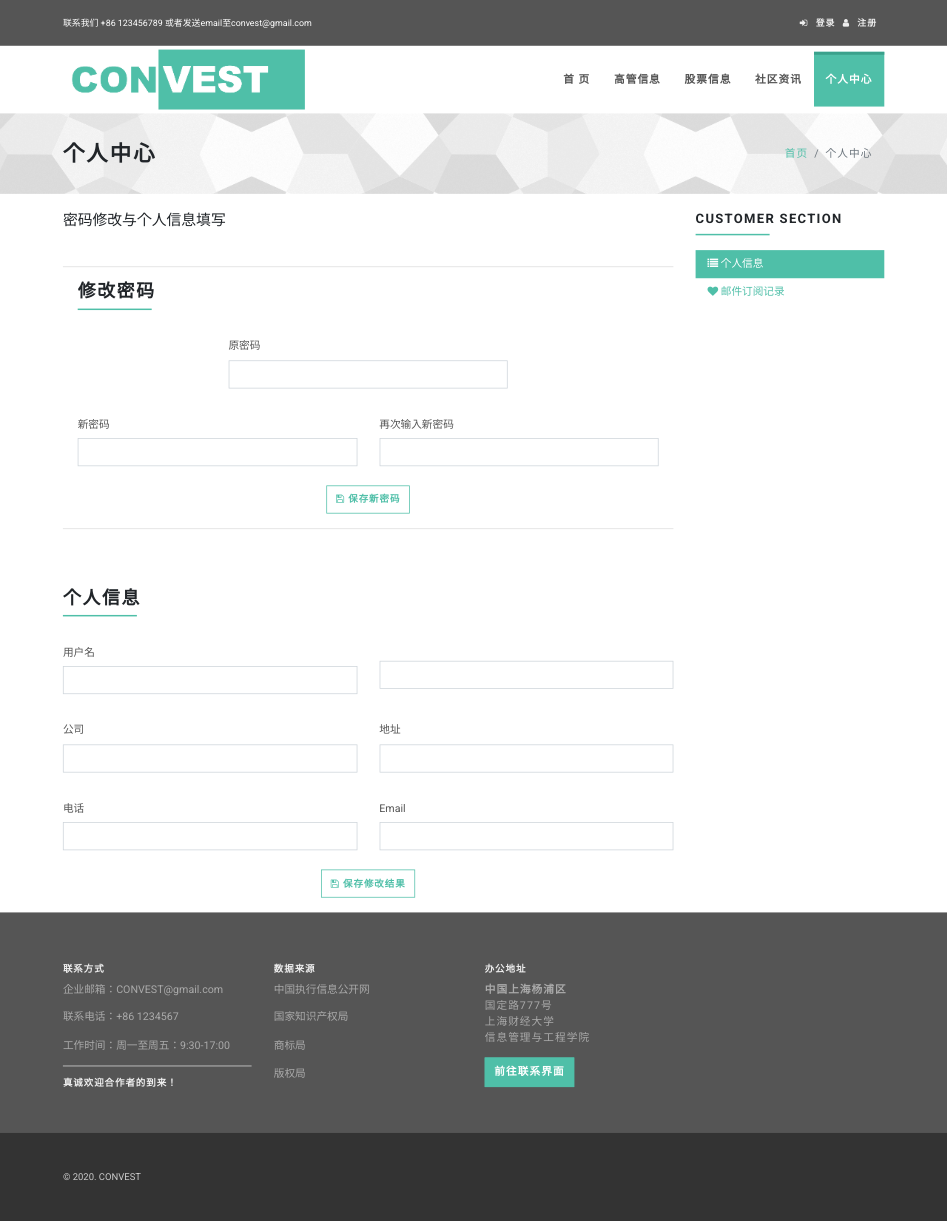
Repository: SUFELYZ/CONVEST
Page: http://localhost/CONVEST/个人中心.jsp
The author's editor kept a copy of each file at every save. The page is drawn from the files as they stood at one save, then again after the next save.
The browser window is 1280 px wide. The pictures show the whole page, at 74% of full size.
The page is served by Tomcat 9. Other server files are loaded and not shown.

Above is the page before, as saved 2021-01-02 06:22:42.

### CONVEST 1.0/CONVEST/WebContent/个人中心.jsp
<%@ page language="java" contentType="text/html; charset=UTF-8" pageEncoding="UTF-8"%>
<!DOCTYPE html>
<html>
  <head>
    <meta charset="utf-8">
    <meta http-equiv="X-UA-Compatible" content="IE=edge">
    <title>CONVEST</title>
    <meta name="description" content="">
    <meta name="viewport" content="width=device-width, initial-scale=1">
    <meta name="robots" content="all,follow">
    <!-- Bootstrap CSS-->
    <link rel="stylesheet" href="vendor/bootstrap/css/bootstrap.min.css">
    <!-- Font Awesome CSS-->
    <link rel="stylesheet" href="vendor/font-awesome/css/font-awesome.min.css">
    <!-- Google fonts - Roboto-->
    <link rel="stylesheet" href="https://fonts.googleapis.com/css?family=Roboto:300,400,700">
    <!-- Bootstrap Select-->
    <link rel="stylesheet" href="vendor/bootstrap-select/css/bootstrap-select.min.css">
    <!-- owl carousel-->
    <link rel="stylesheet" href="vendor/owl.carousel/assets/owl.carousel.css">
    <link rel="stylesheet" href="vendor/owl.carousel/assets/owl.theme.default.css">
    <!-- theme stylesheet-->
    <link rel="stylesheet" href="css/style.default.css" id="theme-stylesheet">
    <!-- Custom stylesheet - for your changes-->
    <link rel="stylesheet" href="css/custom.css">
    <!-- Favicon and apple touch icons-->
    <link rel="shortcut icon" href="img/favicon.ico" type="image/x-icon">
    <link rel="apple-touch-icon" href="img/apple-touch-icon.png">
    <link rel="apple-touch-icon" sizes="57x57" href="img/apple-touch-icon-57x57.png">
    <link rel="apple-touch-icon" sizes="72x72" href="img/apple-touch-icon-72x72.png">
    <link rel="apple-touch-icon" sizes="76x76" href="img/apple-touch-icon-76x76.png">
    <link rel="apple-touch-icon" sizes="114x114" href="img/apple-touch-icon-114x114.png">
    <link rel="apple-touch-icon" sizes="120x120" href="img/apple-touch-icon-120x120.png">
    <link rel="apple-touch-icon" sizes="144x144" href="img/apple-touch-icon-144x144.png">
    <link rel="apple-touch-icon" sizes="152x152" href="img/apple-touch-icon-152x152.png">
    <!-- Tweaks for older IEs--><!--[if lt IE 9]>
        <script src="https://oss.maxcdn.com/html5shiv/3.7.3/html5shiv.min.js"></script>
        <script src="https://oss.maxcdn.com/respond/1.4.2/respond.min.js"></script><![endif]-->
  </head>
  <body>
    <div id="all">
      <!-- Top bar-->
      <div class="top-bar">
        <div class="container">
          <div class="row d-flex align-items-center">
            <div class="col-md-6 d-md-block d-none">
              <p>联系我们 +86 123456789 或者发送email至convest@gmail.com</p>
            </div>
            <div class="col-md-6">
              <div class="d-flex justify-content-md-end justify-content-between">
                <ul class="list-inline contact-info d-block d-md-none">
                  <li class="list-inline-item"><a href="#"><i class="fa fa-phone"></i></a></li>
                  <li class="list-inline-item"><a href="#"><i class="fa fa-envelope"></i></a></li>
                </ul>
                <div class="login"><a href="#" data-toggle="modal" data-target="#login-modal" class="login-btn"><i class="fa fa-sign-in"></i><span class="d-none d-md-inline-block">登录</span></a><a href="customer-register.jsp" class="signup-btn"><i class="fa fa-user"></i><span class="d-none d-md-inline-block">注册</span></a></div>

              </div>
            </div>
          </div>
        </div>
      </div>
      <!-- Top bar end-->
      <!-- Login Modal-->
      <div id="login-modal" tabindex="-1" role="dialog" aria-labelledby="login-modalLabel" aria-hidden="true" class="modal fade">
        <div role="document" class="modal-dialog">
          <div class="modal-content">
            <div class="modal-header">
              <h4 id="login-modalLabel" class="modal-title">用户登录</h4>
              <button type="button" data-dismiss="modal" aria-label="Close" class="close"><span aria-hidden="true">×</span></button>
            </div>
            <div class="modal-body">
              <form action="个人中心.jsp" method="get">
                <div class="form-group">
                  <input id="email_modal" type="text" placeholder="email" class="form-control">
                </div>
                <div class="form-group">
                  <input id="password_modal" type="password" placeholder="密码" class="form-control">
                </div>
                <p class="text-center">
                  <button class="btn btn-template-outlined"><i class="fa fa-sign-in"></i> 登录</button>
                </p>
              </form>
              <p class="text-center text-muted">还没注册？</p>
              <p class="text-center text-muted"><a href="customer-register.jsp"><strong>即刻注册</strong></a>! 只需一分钟，体验更多功能！</p>
            </div>
          </div>
        </div>
      </div>
      <!-- Login modal end-->
      <!-- Navbar Start-->
      <header class="nav-holder make-sticky">
        <div id="navbar" role="navigation" class="navbar navbar-expand-lg">
          <div class="container"><a href="首页.jsp" class="navbar-brand home"><img src="img/logo.png" alt="Universal logo" class="d-none d-md-inline-block"><img src="img/logo-small.png" alt="Universal logo" class="d-inline-block d-md-none"><span class="sr-only">Universal - go to homepage</span></a>
            <button type="button" data-toggle="collapse" data-target="#navigation" class="navbar-toggler btn-template-outlined"><span class="sr-only">Toggle navigation</span><i class="fa fa-align-justify"></i></button>
            <div id="navigation" class="navbar-collapse collapse">
              <ul class="nav navbar-nav ml-auto">
                <li class="nav-item dropdown menu-large"><a href="首页.jsp" >首 页 <b class="caret"></b></a>

                </li>
                <li class="nav-item dropdown menu-large"><a href="高管信息.jsp">高管信息 <b class="caret"></b></a>

                </li>
                <li class="nav-item dropdown menu-large"><a href="股票信息.jsp" >股票信息<b class="caret"></b></a>

                </li>
                <li class="nav-item dropdown menu-large"><a href="社区资讯.jsp" >社区资讯 <b class="caret"></b></a>

                </li>

                <li class="nav-item dropdown active"><a href="个人中心.jsp" >个人中心 <b class="caret"></b></a>

                </li>
                <!-- ========== Contact dropdown end ==================-->
              </ul>
            </div>
            <div id="search" class="collapse clearfix">
              <form role="search" class="navbar-form">
                <div class="input-group">
                  <input type="text" placeholder="Search" class="form-control"><span class="input-group-btn">
                    <button type="submit" class="btn btn-template-main"><i class="fa fa-search"></i></button></span>
                </div>
              </form>
            </div>
          </div>
        </div>
      </header>

      <!-- Navbar End-->

      <div id="heading-breadcrumbs">
        <div class="container">
          <div class="row d-flex align-items-center flex-wrap">
            <div class="col-md-7">
              <h1 class="h2">个人中心</h1>
            </div>
            <div class="col-md-5">
              <ul class="breadcrumb d-flex justify-content-end">
                <li class="breadcrumb-item"><a href="首页.jsp">首页</a></li>
                <li class="breadcrumb-item active">个人中心</li>
              </ul>
            </div>
          </div>
        </div>
      </div>
      <div id="content">
        <div class="container">
          <div class="row bar">
            <div id="customer-account" class="col-lg-9 clearfix">
              <p class="lead">密码修改与个人信息填写</p>
              <div class="box mt-5">
                <div class="heading">
                  <h3 class="text-uppercase">修改密码</h3>
                </div>
                <form>
                  <div class="row">
                    <div class="col-md-6">
                      <div class="form-group">
                        <label for="password_old">原密码</label>
                        <input id="password_old" type="password" class="form-control">
                      </div>
                    </div>
                  </div>
                  <div class="row">
                    <div class="col-md-6">
                      <div class="form-group">
                        <label for="password_1">新密码</label>
                        <input id="password_1" type="password" class="form-control">
                      </div>
                    </div>
                    <div class="col-md-6">
                      <div class="form-group">
                        <label for="password_2">再次输入新密码</label>
                        <input id="password_2" type="password" class="form-control">
                      </div>
                    </div>
                  </div>
                  <div class="text-center">
                    <button type="submit" class="btn btn-template-outlined"><i class="fa fa-save"></i> 保存新密码</button>
                  </div>
                </form>
              </div>
              <div class="bo3">
                <div class="heading">
                  <h3 class="text-uppercase">个人信息</h3>
                </div>
                <form>
                  <div class="row">
                    <div class="col-md-6">
                      <div class="form-group">
                        <label for="firstname">用户名</label>
                        <input id="firstname" type="text" class="form-control">
                      </div>
                    </div>
                    <div class="col-md-6">
                      <div class="form-group">
                        <label for="lastname"></label>
                        <input id="lastname" type="text" class="form-control">
                      </div>
                    </div>
                  </div>
                  <div class="row">
                    <div class="col-md-6">
                      <div class="form-group">
                        <label for="company">公司</label>
                        <input id="company" type="text" class="form-control">
                      </div>
                    </div>
                    <div class="col-md-6">
                      <div class="form-group">
                        <label for="street">地址</label>
                        <input id="street" type="text" class="form-control">
                      </div>
                    </div>
                  </div>
                  <div class="row">
                    <div class="col-md-6">
                      <div class="form-group">
                        <label for="phone">电话</label>
                        <input id="phone" type="text" class="form-control">
                      </div>
                    </div>
                    <div class="col-md-6">
                      <div class="form-group">
                        <label for="email_account">Email</label>
                        <input id="email_account" type="text" class="form-control">
                      </div>
                    </div>
                    <div class="col-md-12 text-center">
                      <button type="submit" class="btn btn-template-outlined"><i class="fa fa-save"></i> 保存修改结果</button>
                    </div>
                  </div>
                </form>
              </div>
            </div>
            <div class="col-lg-3 mt-4 mt-lg-0">
              <!-- CUSTOMER MENU -->
              <div class="panel panel-default sidebar-menu">
                <div class="panel-heading">
                  <h3 class="h4 panel-title">Customer section</h3>
                </div>
                <div class="panel-body">
                  <ul class="nav nav-pills flex-column text-sm">
                    <li class="nav-item"><a href="个人中心.jsp" class="nav-link active"><i class="fa fa-list"></i> 个人信息</a></li>
                    <li class="nav-item"><a href="customer-wishlist.jsp" class="nav-link"><i class="fa fa-heart"></i> 邮件订阅记录</a></li>

                  </ul>
                </div>
              </div>
            </div>
          </div>
        </div>
      </div>

      <!-- FOOTER -->
     <footer class="main-footer">
        <div class="container">
          <div class="row">
            <div class="col-lg-3">
              <h4 class="h6">联系方式</h4>
              <p>企业邮箱：<a href="mailto:CONVEST@gmail.com" rel="nofollow">CONVEST@gmail.com</a></p>
              <p>联系电话：+86 1234567</p>
              <p>工作时间：周一至周五：9:30-17:00</p>
              <hr>
              <h4 class="h6">真诚欢迎合作者的到来！</h4>

              <hr class="d-block d-lg-none">
            </div>
            <div class="col-lg-3">
              <h4 class="h6">数据来源</h4>
              <p><a href="http://zxgk.court.gov.cn/" target="_blank" rel="nofollow">中国执行信息公开网</a></p>
              <p><a href="http://www.sipo.gov.cn/" target="_blank" rel="nofollow">国家知识产权局</a></p>
              <p><a href="http://sbj.cnipa.gov.cn/" target="_blank" rel="nofollow">商标局</a></p>
              <p><a href="http://www.ncac.gov.cn/" target="_blank" rel="nofollow">版权局</a></p>

            </div>

            <div class="col-lg-3">
              <h4 class="h6">办公地址</h4>
              <p class="text-uppercase"><strong>中国上海杨浦区</strong><br>国定路777号 <br>上海财经大学<br>信息管理与工程学院<br><strong></strong></p><a href="contact.jsp" class="btn btn-template-main">前往联系界面</a>
              <hr class="d-block d-lg-none">
            </div>

          </div>
        </div>
        <div class="copyrights">
          <div class="container">
            <div class="row">
              <div class="col-lg-4 text-center-md">
                <p>&copy; 2020. CONVEST</p>
              </div>

            </div>
          </div>
        </div>
      </footer>
    </div>
    <!-- Javascript files-->
    <script src="vendor/jquery/jquery.min.js"></script>
    <script src="vendor/popper.js/umd/popper.min.js"> </script>
    <script src="vendor/bootstrap/js/bootstrap.min.js"></script>
    <script src="vendor/jquery.cookie/jquery.cookie.js"> </script>
    <script src="vendor/waypoints/lib/jquery.waypoints.min.js"> </script>
    <script src="vendor/jquery.counterup/jquery.counterup.min.js"> </script>
    <script src="vendor/owl.carousel/owl.carousel.min.js"></script>
    <script src="vendor/owl.carousel2.thumbs/owl.carousel2.thumbs.min.js"></script>
    <script src="js/jquery.parallax-1.1.3.js"></script>
    <script src="vendor/bootstrap-select/js/bootstrap-select.min.js"></script>
    <script src="vendor/jquery.scrollto/jquery.scrollTo.min.js"></script>
    <script src="js/front.js"></script>
  </body>
</html>

Loaded but not shown: CONVEST 1.0/CONVEST/WebContent/css/custom.css (common file); CONVEST 1.0/CONVEST/WebContent/js/jquery.parallax-1.1.3.js (common file); CONVEST 1.0/CONVEST/WebContent/js/front.js (295 lines, source omitted); CONVEST 1.0/CONVEST/WebContent/css/style.default.css (3694 lines, source omitted)

After the next save:
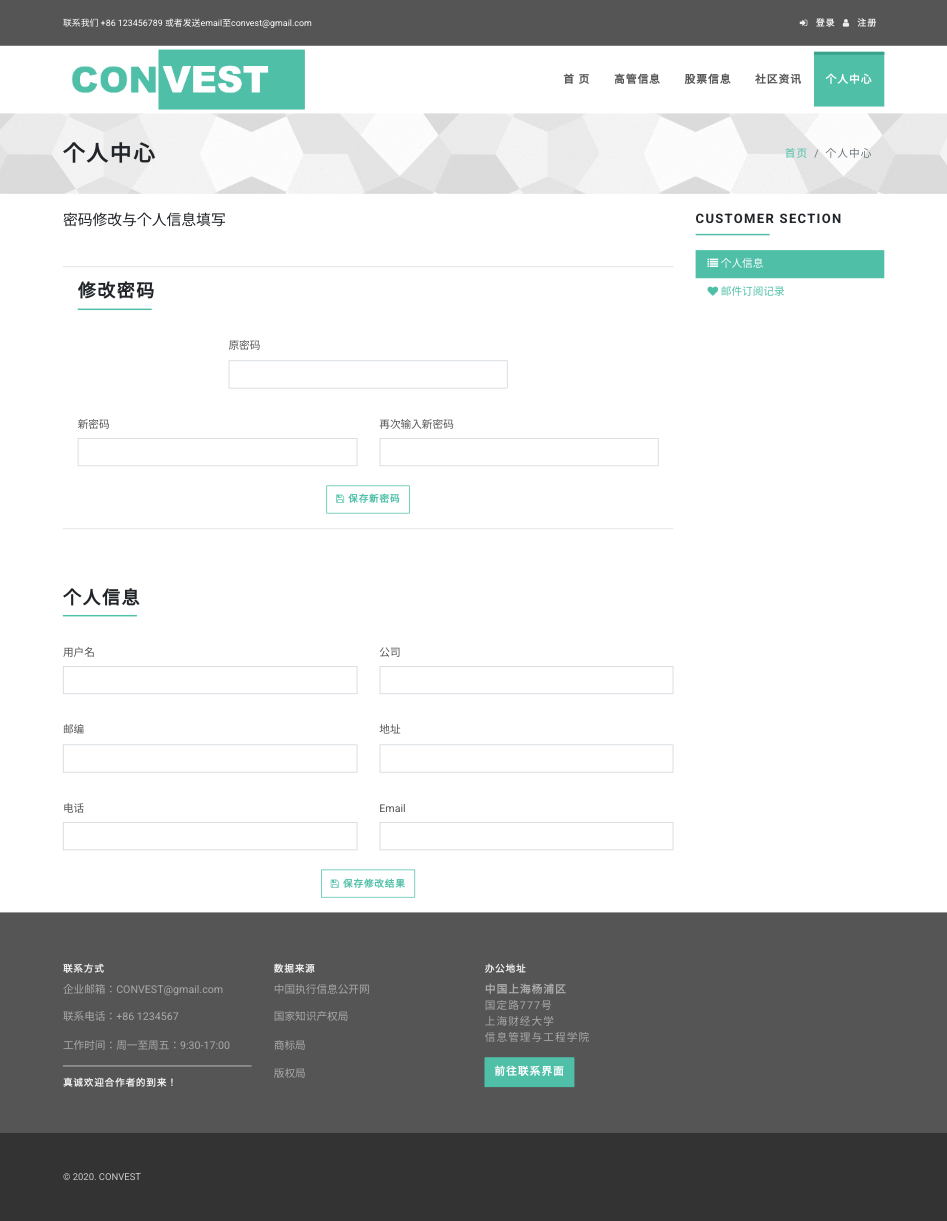
Saved 2 min 12 s later.
--- a/CONVEST 1.0/CONVEST/WebContent/个人中心.jsp
+++ b/CONVEST 1.0/CONVEST/WebContent/个人中心.jsp
@@ -187,22 +187,22 @@
                   <div class="row">
                     <div class="col-md-6">
                       <div class="form-group">
-                        <label for="firstname">用户名</label>
-                        <input id="firstname" type="text" class="form-control">
-                      </div>
-                    </div>
-                    <div class="col-md-6">
-                      <div class="form-group">
-                        <label for="lastname"></label>
-                        <input id="lastname" type="text" class="form-control">
-                      </div>
-                    </div>
-                  </div>
-                  <div class="row">
+                        <label for="name">用户名</label>
+                        <input id="name" type="text" class="form-control">
+                      </div>
+                    </div>
                     <div class="col-md-6">
                       <div class="form-group">
                         <label for="company">公司</label>
                         <input id="company" type="text" class="form-control">
+                      </div>
+                    </div>
+                  </div>
+                  <div class="row">
+                    <div class="col-md-6">
+                      <div class="form-group">
+                        <label for="code">邮编</label>
+                        <input id="code" type="text" class="form-control">
                       </div>
                     </div>
                     <div class="col-md-6">
